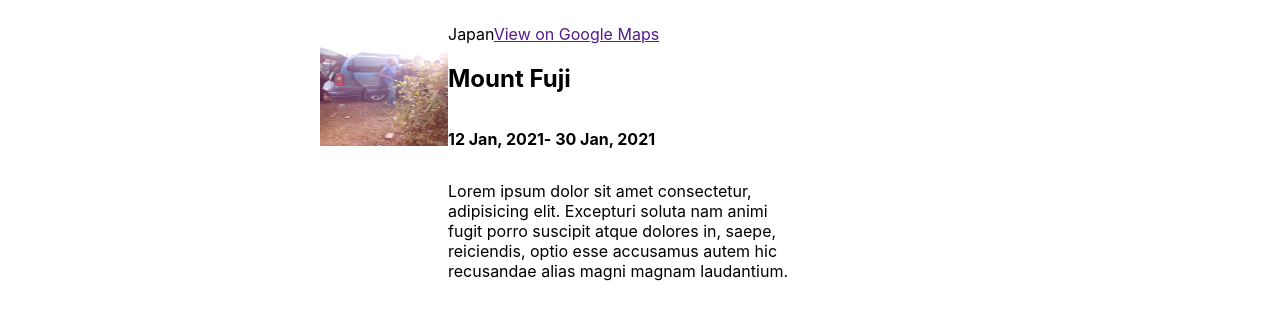
Repository: BuduCE/travel-journal
Page: /
The author's editor kept a copy of each file at every save. The page is drawn from the files as they stood at one save, then again after the next save.
The browser window is 1280 px wide. The pictures show the whole page.
The project was rebuilt for these pictures with package versions that can differ from the ones it lists, and the page was loaded fresh each time. Also part of the build but not shown: src/components/Home/styles.css, src/components/Home/index.jsx.

Above is the page before, as saved 2022-08-25 11:38:49.

After the next save:
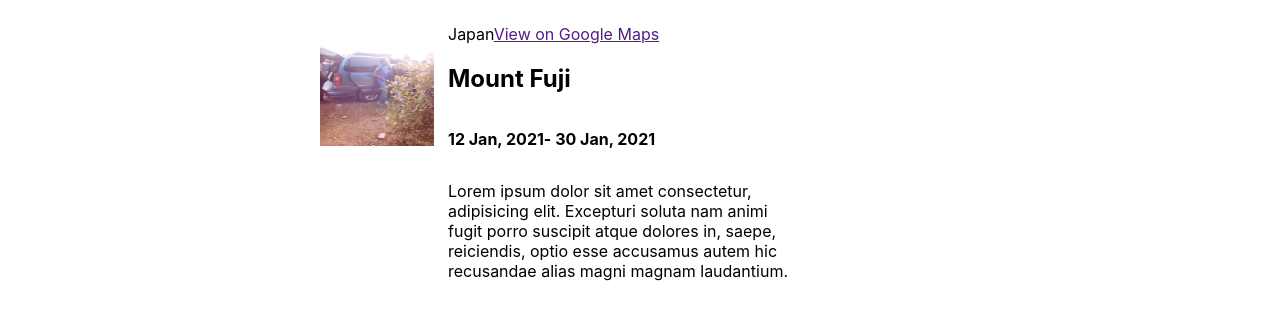
Saved 4 s later.
--- a/src/components/Tour/styles.css
+++ b/src/components/Tour/styles.css
@@ -6,7 +6,7 @@
     padding: 24px;
 }
 .tour-img{
-    margin-right: ;
+    margin-right: 14px;
 }
 .tour-img > img{
     width: 100%;
